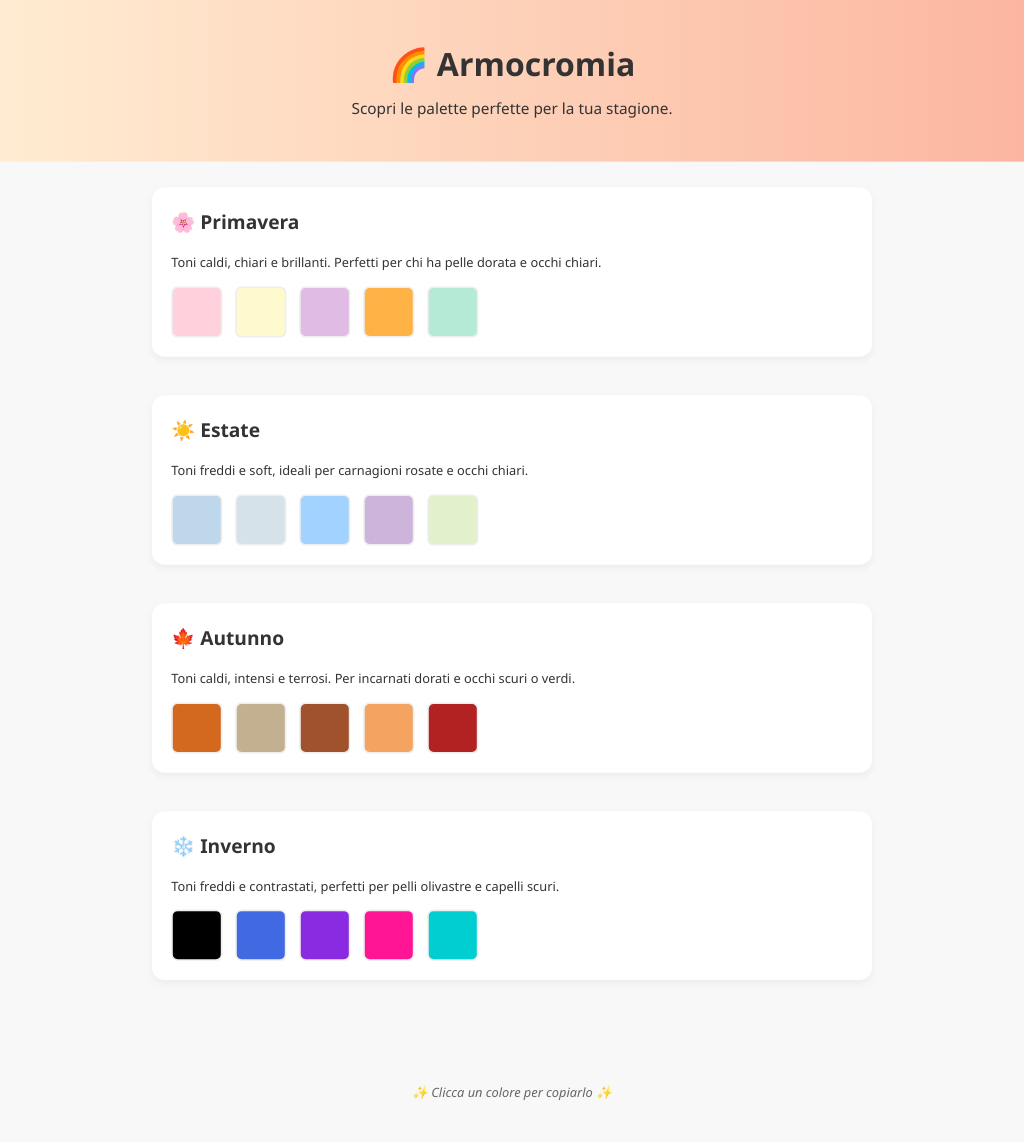
Repository: Probyte5D/Armocromia-website
Page: index.html
These files come from the project's save history. The page is drawn as it stood at one moment and after the next save; the edit follows.
The browser window is 1280 px wide. The pictures show the whole page, at 80% of full size.

Above is the page before, as saved 2025-04-17 20:02:02.

After the next save:
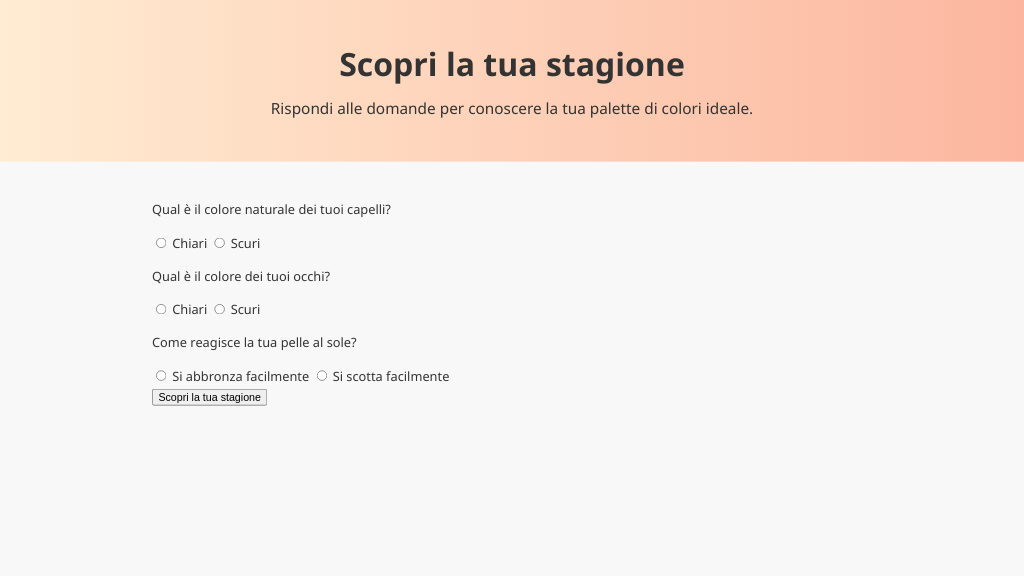
Saved 2 min 15 s later.
--- a/index.html
+++ b/index.html
@@ -1,71 +1,40 @@
 <!DOCTYPE html>
 <html lang="it">
 <head>
-  <meta charset="UTF-8" />
-  <meta name="viewport" content="width=device-width, initial-scale=1.0" />
-  <title>Armocromia - Scopri la tua stagione</title>
-  <link rel="stylesheet" href="style.css" />
+  <meta charset="UTF-8">
+  <meta name="viewport" content="width=device-width, initial-scale=1.0">
+  <title>Test di Armocromia</title>
+  <link rel="stylesheet" href="style.css">
 </head>
 <body>
   <header>
-    <h1>🌈 Armocromia</h1>
-    <p>Scopri le palette perfette per la tua stagione.</p>
+    <h1>Scopri la tua stagione</h1>
+    <p>Rispondi alle domande per conoscere la tua palette di colori ideale.</p>
   </header>
-
   <main>
-    <section class="season primavera">
-      <h2>🌸 Primavera</h2>
-      <p>Toni caldi, chiari e brillanti. Perfetti per chi ha pelle dorata e occhi chiari.</p>
-      <div class="palette">
-        <div class="color" data-color="#FFD1DC"></div>
-        <div class="color" data-color="#FFFACD"></div>
-        <div class="color" data-color="#E0BBE4"></div>
-        <div class="color" data-color="#FFB347"></div>
-        <div class="color" data-color="#B5EAD7"></div>
+    <form id="armocromiaTest">
+      <div class="question">
+        <p>Qual è il colore naturale dei tuoi capelli?</p>
+        <label><input type="radio" name="capelli" value="chiari"> Chiari</label>
+        <label><input type="radio" name="capelli" value="scuri"> Scuri</label>
       </div>
-    </section>
-
-    <section class="season estate">
-      <h2>☀️ Estate</h2>
-      <p>Toni freddi e soft, ideali per carnagioni rosate e occhi chiari.</p>
-      <div class="palette">
-        <div class="color" data-color="#BFD7EA"></div>
-        <div class="color" data-color="#D6E2E9"></div>
-        <div class="color" data-color="#A2D2FF"></div>
-        <div class="color" data-color="#CDB4DB"></div>
-        <div class="color" data-color="#E2F0CB"></div>
+      <div class="question">
+        <p>Qual è il colore dei tuoi occhi?</p>
+        <label><input type="radio" name="occhi" value="chiari"> Chiari</label>
+        <label><input type="radio" name="occhi" value="scuri"> Scuri</label>
       </div>
-    </section>
-
-    <section class="season autunno">
-      <h2>🍁 Autunno</h2>
-      <p>Toni caldi, intensi e terrosi. Per incarnati dorati e occhi scuri o verdi.</p>
-      <div class="palette">
-        <div class="color" data-color="#D2691E"></div>
-        <div class="color" data-color="#C3B091"></div>
-        <div class="color" data-color="#A0522D"></div>
-        <div class="color" data-color="#F4A460"></div>
-        <div class="color" data-color="#B22222"></div>
+      <div class="question">
+        <p>Come reagisce la tua pelle al sole?</p>
+        <label><input type="radio" name="pelle" value="si_abbronza"> Si abbronza facilmente</label>
+        <label><input type="radio" name="pelle" value="si_scotta"> Si scotta facilmente</label>
       </div>
-    </section>
-
-    <section class="season inverno">
-      <h2>❄️ Inverno</h2>
-      <p>Toni freddi e contrastati, perfetti per pelli olivastre e capelli scuri.</p>
-      <div class="palette">
-        <div class="color" data-color="#000000"></div>
-        <div class="color" data-color="#4169E1"></div>
-        <div class="color" data-color="#8A2BE2"></div>
-        <div class="color" data-color="#FF1493"></div>
-        <div class="color" data-color="#00CED1"></div>
-      </div>
+      <button type="submit">Scopri la tua stagione</button>
+    </form>
+    <section id="risultato" class="hidden">
+      <h2 id="stagione"></h2>
+      <div id="palette"></div>
     </section>
   </main>
-
-  <footer>
-    <p>✨ Clicca un colore per copiarlo ✨</p>
-  </footer>
-
   <script src="script.js"></script>
 </body>
 </html>
